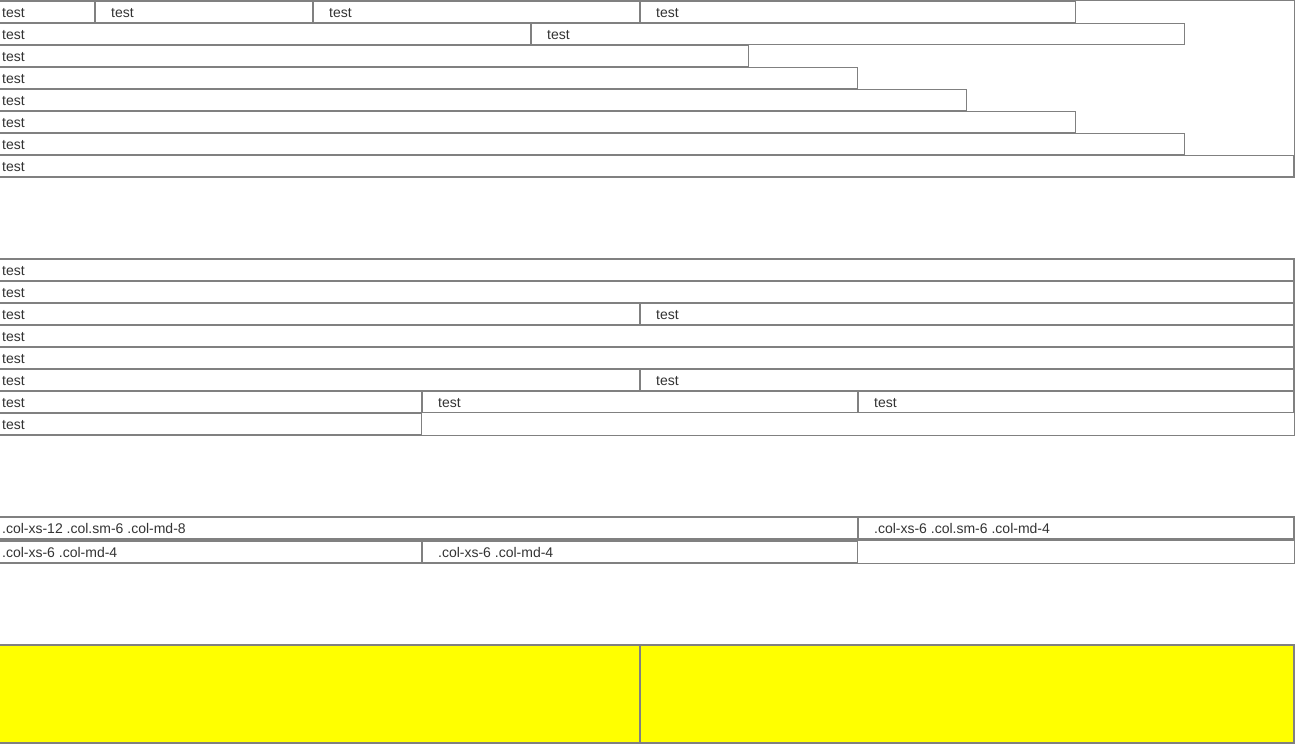
Repository: Umkimisstrong/UM_Webbb
Page: BootstrapApp/WebContent/BootEx07.html
An editor plug-in stored every save of this project. The page is shown before and after the next save, followed by the edit.
The browser window is 1280 px wide. The page is 1295 px wide, so the pictures cover 1295 px, including what lies to the right of the window. The pictures show the whole page.

Above is the page before, as saved 2022-05-16 05:11:43.

### BootstrapApp/WebContent/BootEx07.html
<!DOCTYPE html>
<html>
<head>
<meta charset="UTF-8">
<title>BootEx07.html</title>
<style type="text/css">
	div
	{
		border: 1px solid gray;
	}
</style>
<link rel="stylesheet" type="text/css" href="css/bootstrap.css">
<script type="text/javascript" src="http://code.jquery.com/jquery.min.js"></script>
<script type="text/javascript" src="js/bootstrap.min.js"></script>

</head>
<body>

<!--
	※ 그리드시스템 → 영역 분할 ▶ 기본 12 분할

	   사용할 클래스 『.col-xs』    『.col-sm』 『.col-md』 『.col-lg』

	   브라우저 크기   아주작은기기   작은기기   중간기기   큰기기

 -->

<div class="row">
	<div class="col-xs-1">test</div>	<!-- 1 / 12 차지 -->
	<div class="col-xs-2">test</div>	<!-- 2 / 12 차지 -->
	<div class="col-xs-3">test</div>	<!-- 3 / 12 차지 -->
	<div class="col-xs-4">test</div>	<!-- 4 / 12 차지 -->
	<div class="col-xs-5">test</div>	<!-- 5 / 12 차지 -->
	<div class="col-xs-6">test</div>	<!-- 6 / 12 차지 -->
	<div class="col-xs-7">test</div>	<!-- 7 / 12 차지 -->
	<div class="col-xs-8">test</div>	<!-- 8 / 12 차지 -->
	<div class="col-xs-9">test</div>	<!-- 9 / 12 차지 -->
	<div class="col-xs-10">test</div>	<!-- 10 / 12 차지 -->
	<div class="col-xs-11">test</div>	<!-- 11 / 12 차지 -->
	<div class="col-xs-12">test</div>	<!-- 12 / 12 차지 -->

</div>
<br />
<br />
<br />
<br />

<div class="row">
	<div class="col-xs-12">test</div>
	<div class="col-xs-12">test</div>
	<div class="col-xs-6">test</div>
	<div class="col-xs-6">test</div>
	<div class="col-xs-12">test</div>
	<div class="col-xs-12">test</div>
	<div class="col-xs-6">test</div>
	<div class="col-xs-6">test</div>
	<div class="col-xs-4">test</div>
	<div class="col-xs-4">test</div>
	<div class="col-xs-4">test</div>
	<div class="col-xs-4">test</div>

</div>
<br />
<br />
<br />
<br />
<div class="row">
	<div class="col-xs-12 col-sm-6 col-md-8">.col-xs-12 .col.sm-6 .col-md-8</div>
	<div class="col-xs-6 col-sm-6 col-md-4">.col-xs-6 .col.sm-6 .col-md-4</div>
</div>

<div class="row">
	<div class="col-xs-6 col-md-4">.col-xs-6 .col-md-4</div>
	<div class="col-xs-6 col-md-4">.col-xs-6 .col-md-4</div>
</div>

<br />
<br />
<br />
<br />


<div class="row" style="height: 100px; background-color: green;">
	<div class="col-xs-4 col-sm-12 col-md-6"
	     style="height: 98px; background-color: yellow"></div>

	<div class="col-xs-4 col-sm-12 col-md-6"
	     style="height: 98px; background-color: yellow"></div>

</div>








</body>
</html>

Loaded but not shown: BootstrapApp/WebContent/css/bootstrap.css (library); BootstrapApp/WebContent/js/bootstrap.min.js (library)

After the next save:
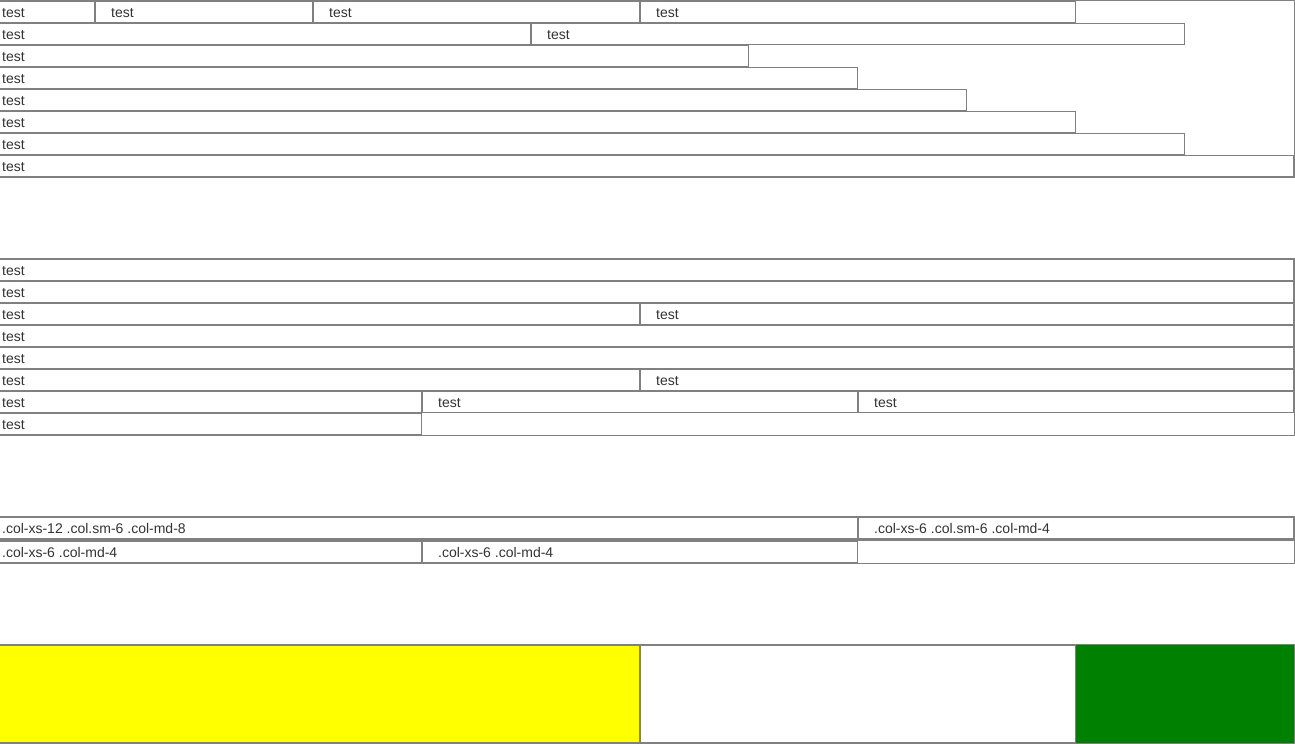
Saved 9 s later.
--- a/BootstrapApp/WebContent/BootEx07.html
+++ b/BootstrapApp/WebContent/BootEx07.html
@@ -84,8 +84,8 @@
 	<div class="col-xs-4 col-sm-12 col-md-6"
 	     style="height: 98px; background-color: yellow"></div>
 
-	<div class="col-xs-4 col-sm-12 col-md-6"
-	     style="height: 98px; background-color: yellow"></div>
+	<div class="col-xs-4 col-sm-12 col-md-4"
+	     style="height: 98px; background-color: white"></div>
 
 </div>
 
